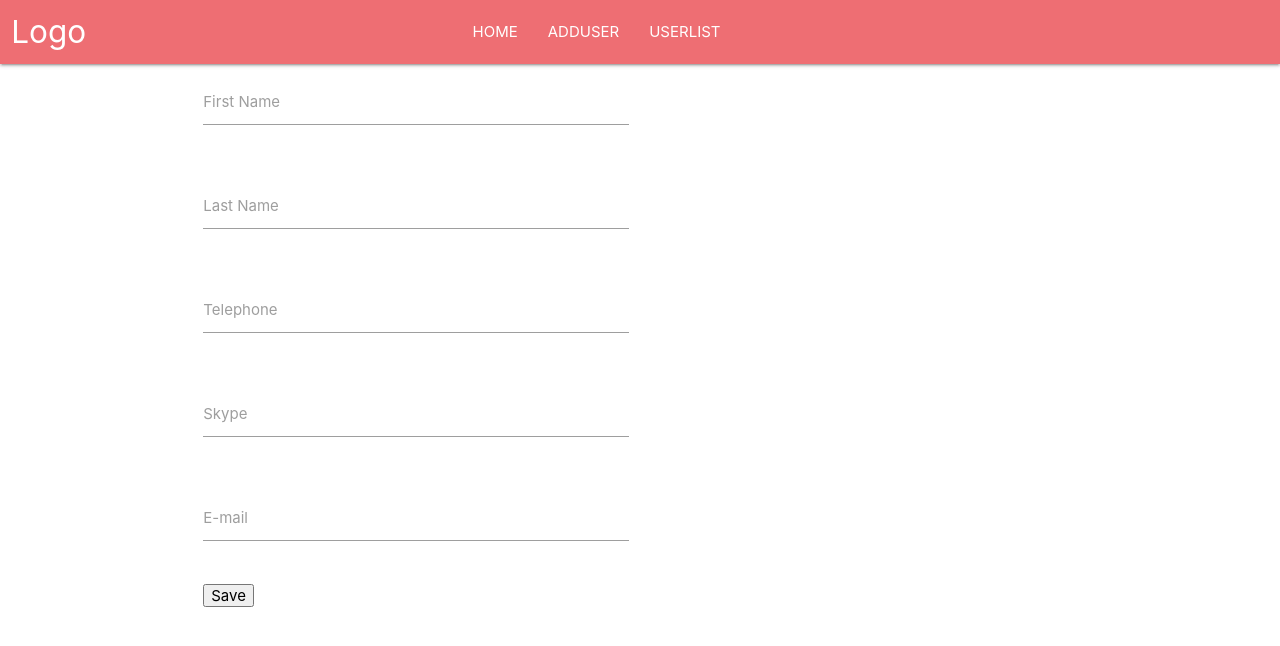
Repository: JenyaIII-sudo/Cars
Page: /Add
The author's editor kept a copy of each file at every save. The page is drawn from the files as they stood at one save, then again after a run of saves.
The browser window is 1280 px wide. The pictures show the whole page.
The project was rebuilt for these pictures with package versions that can differ from the ones it lists, and the page was loaded fresh each time. Also part of the build but not shown: src/App.css, src/Components/UserList.js, src/Components/Home.js, src/Components/About.js.

Above is the page before, as saved 2019-11-25 22:15:47.

After the next 2 saves:
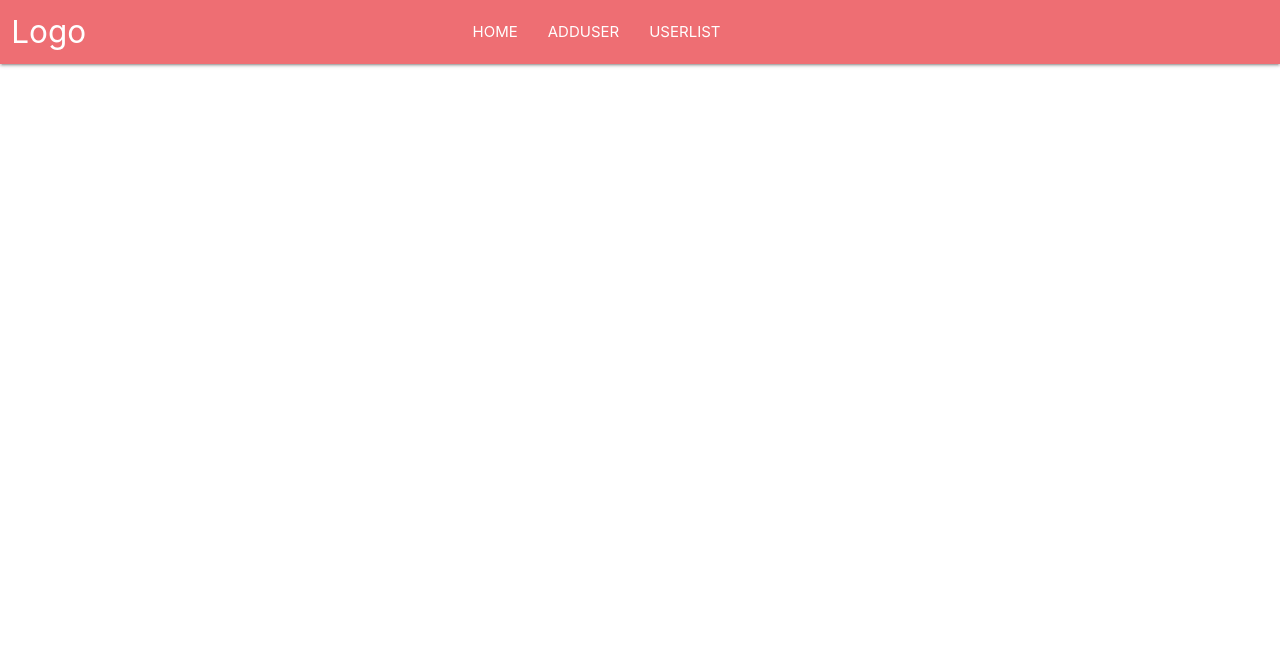
The 2 saves are shown as one change because 1 did not build or start.
The last was saved 2 min 25 s later.
--- a/src/App.js
+++ b/src/App.js
@@ -1,7 +1,7 @@
 import React, { useState } from "react";
 import "./App.css";
 import NavBar from "./Components/NavBar";
-import { BrowserRouter as Router, Route } from "react-router-dom";
+import { BrowserRouter as Router, Route, Switch } from "react-router-dom";
 import UserList from "./Components/UserList";
 import Home from "./Components/Home";
 import AddUser from "./Components/AddUser";
@@ -22,18 +22,22 @@
   return (
     <Router>
       <div className="row container-fluid">
-        <NavBar />
-        <Route path="/Home" component={Home} />
-        <Route
-          path="/Add"
-          render={props => <AddUser {...props} addUser={addUser} data={data} />}
-        />
-        <Route
-          exact
-          path="/UserList"
-          render={props => <UserList {...props} data={data} />}
-        />
-        <Route path="/UserList/:id" component={About} />
+        <Switch>
+          <NavBar />
+          <Route path="/Home" component={Home} />
+          <Route
+            path="/Add"
+            render={props => (
+              <AddUser {...props} addUser={addUser} data={data} />
+            )}
+          />
+          <Route
+            exact
+            path="/UserList"
+            render={props => <UserList {...props} data={data} />}
+          />
+          <Route path="/UserList/:id" component={About} />
+        </Switch>
       </div>
     </Router>
   );

After the save that followed:
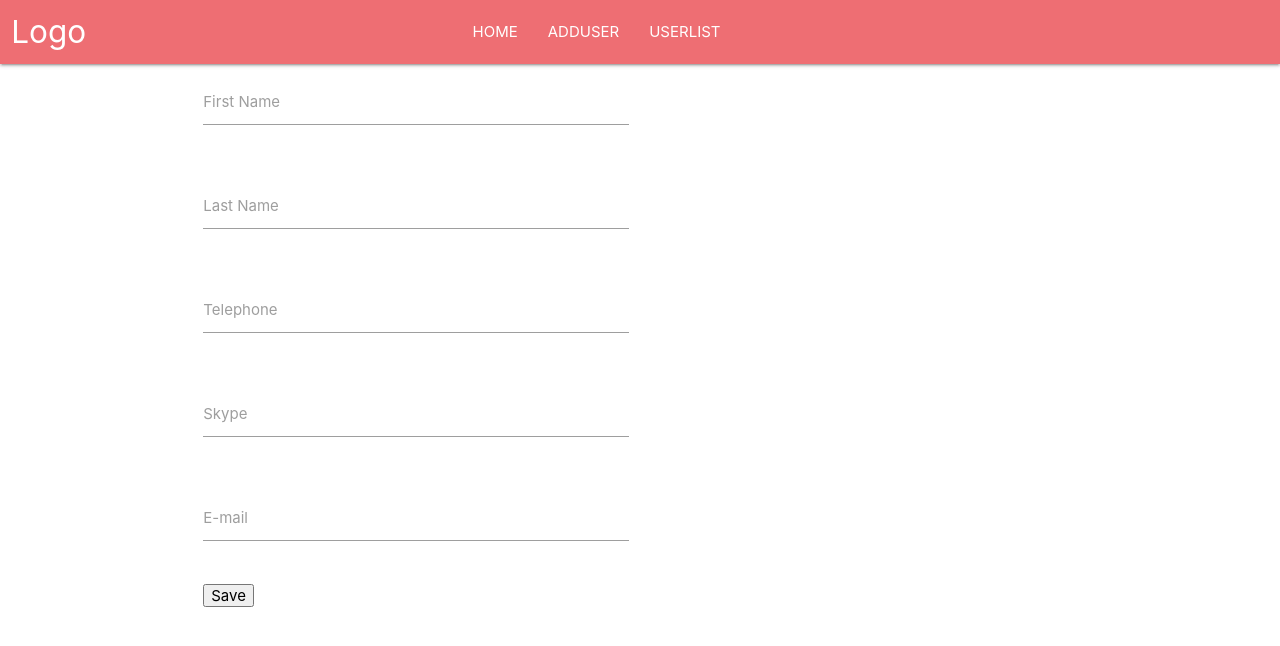
Saved 35 s later.
--- a/src/App.js
+++ b/src/App.js
@@ -1,7 +1,7 @@
 import React, { useState } from "react";
 import "./App.css";
 import NavBar from "./Components/NavBar";
-import { BrowserRouter as Router, Route, Switch } from "react-router-dom";
+import { BrowserRouter as Router, Route } from "react-router-dom";
 import UserList from "./Components/UserList";
 import Home from "./Components/Home";
 import AddUser from "./Components/AddUser";
@@ -22,22 +22,18 @@
   return (
     <Router>
       <div className="row container-fluid">
-        <Switch>
-          <NavBar />
-          <Route path="/Home" component={Home} />
-          <Route
-            path="/Add"
-            render={props => (
-              <AddUser {...props} addUser={addUser} data={data} />
-            )}
-          />
-          <Route
-            exact
-            path="/UserList"
-            render={props => <UserList {...props} data={data} />}
-          />
-          <Route path="/UserList/:id" component={About} />
-        </Switch>
+        <NavBar />
+        <Route path="/Home" component={Home} />
+        <Route
+          path="/Add"
+          render={props => <AddUser {...props} addUser={addUser} data={data} />}
+        />
+        <Route
+          exact
+          path="/UserList"
+          render={props => <UserList {...props} data={data} />}
+        />
+        <Route path="/UserList/:id" component={About} />
       </div>
     </Router>
   );
